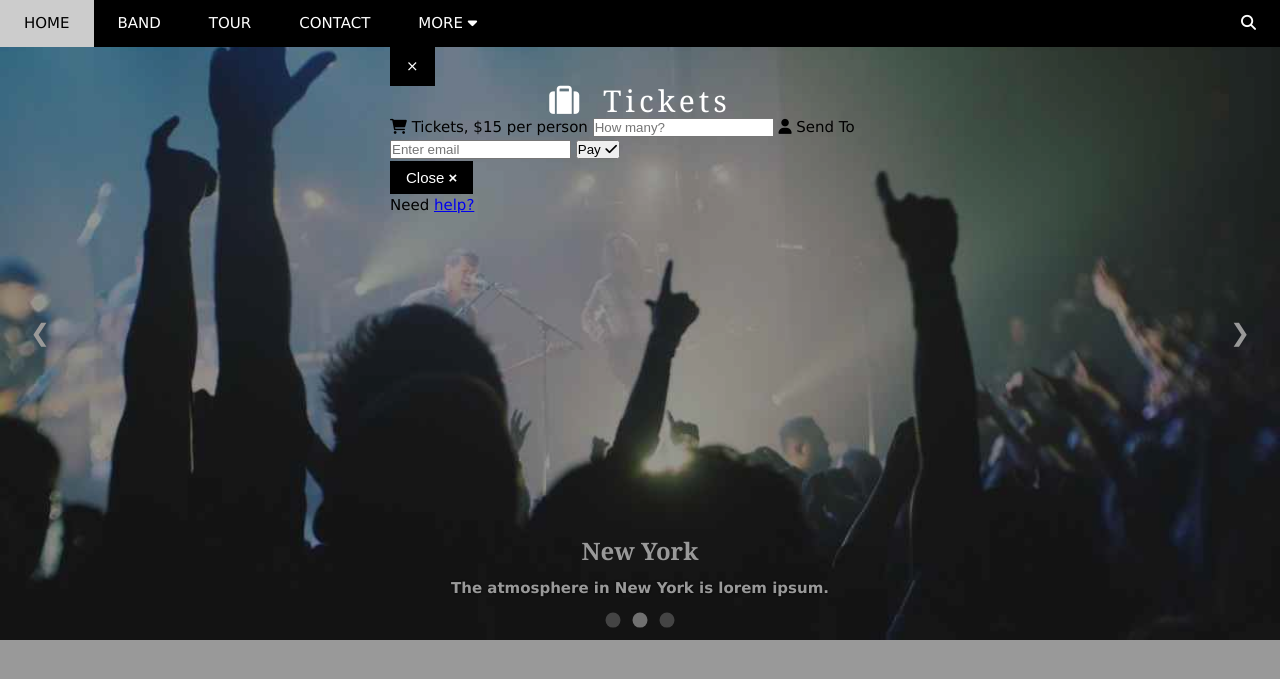
Repository: tam1512/The-Band
Page: index.html
These files come from the project's save history. The page is drawn as it stood at one moment and after the next save; the edit follows.
The browser window is 1280 px wide. The pictures show the window.
A layer covers the whole window, so only the first screen is drawn. Some web libraries are served in a nearby version.

Above is the page before, as saved 2022-07-24 10:15:01.

After the next save:
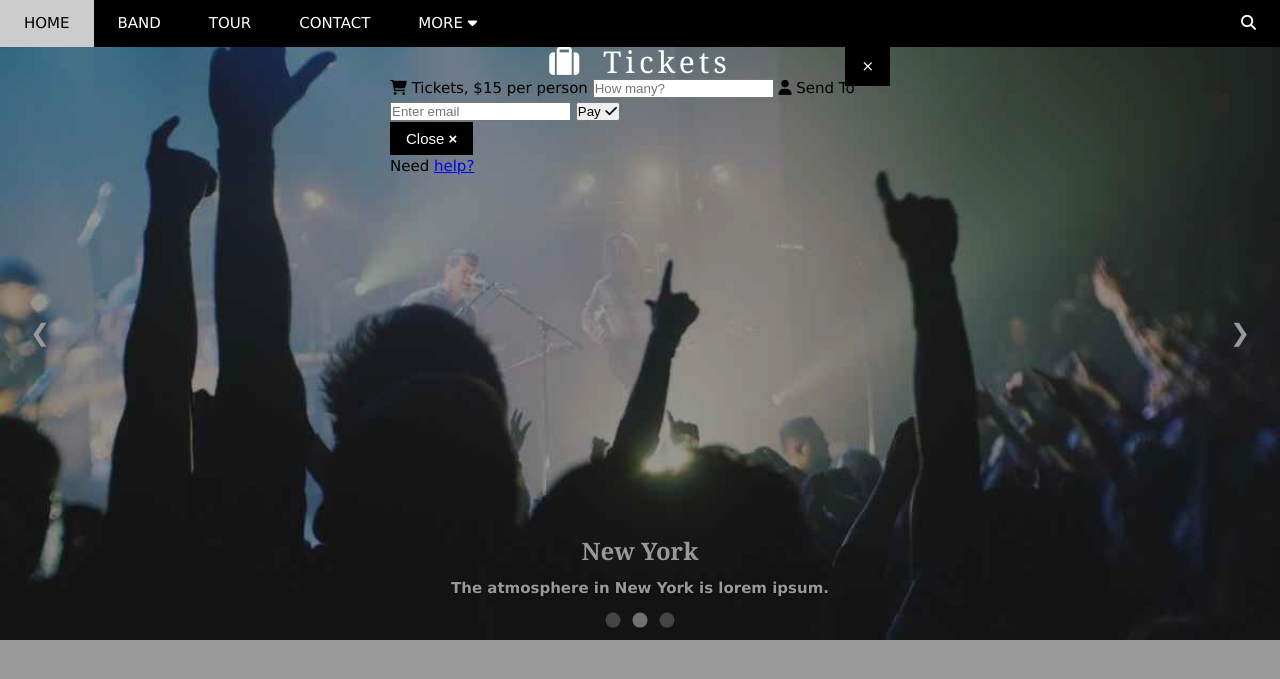
Saved 38 s later.
--- a/assets/css/style.css
+++ b/assets/css/style.css
@@ -409,3 +409,9 @@ li.header_nav_dropdown {
 .ticket-title i {
   margin-right: 8px;
 }
+
+.btn-ticket-out {
+  position: absolute;
+  top: 0;
+  right: 0;
+}
